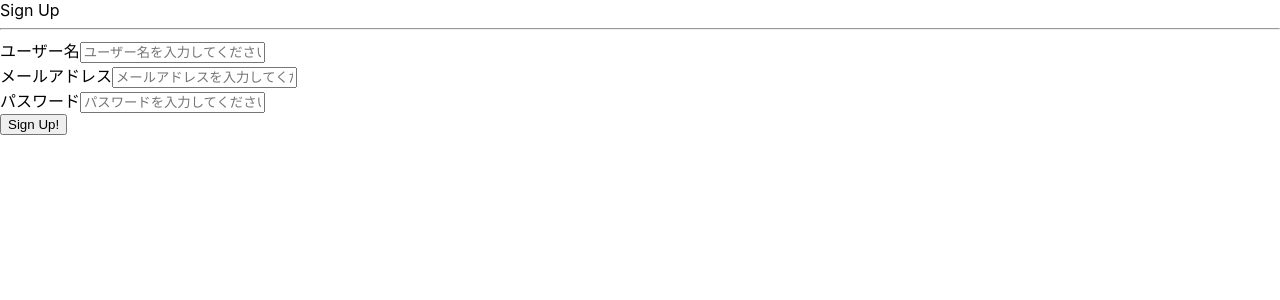
Repository: tosaken1116/Backs-of-seniors-hackathon
Page: /components/SignUpModal
These files come from the project's save history. The page is drawn as it stood at one moment and after the next save; the edit follows.
The browser window is 1280 px wide. The pictures show the whole page.
The project was rebuilt for these pictures with package versions that can differ from the ones it lists, and the page was loaded fresh each time. The framework's server and built-in components were replaced by stand-ins that run in the browser. Also part of the build but not shown: next.config.js.

Above is the page before, as saved 2022-07-17 10:19:37.

### pages/_document.js
import Document, { Head, Html, Main, NextScript } from 'next/document'

class MyDocument extends Document {
  render() {
    return (
      <Html>
        <Head>
          <link
            href="https://fonts.googleapis.com/css2?family=Inter&display=optional"
            rel="stylesheet"
          />
        </Head>
        <body>
          <Main />
          <NextScript />
        </body>
      </Html>
    )
  }
}

export default MyDocument

### pages/components/SignUpModal.tsx
import { useState } from "react";
export default function SignInModal() {
    type loginElement = {
        username: string;
        email: string;
        password: string;
    };
    type register = {
        registeredemail: string;
        registeredpassword: string;
    };

    let initialValues = { username: "", email: "", password: "" };
    const [formValues, setFormValues] = useState<loginElement>(initialValues);
    const [formErrors, setFormErrors] = useState<loginElement>(initialValues);
    // const [isSubmit, setIsSubmit] = useState(false);

    const handleChange = (event) => {
        // console.log(event.target);
        const { name, value } = event.target;
        setFormValues({ ...formValues, [name]: value });
    };

    const handleSubmit = (event) => {
        event.preventDefault();
        //ログイン情報の送信
        //バリデーションチェック
        {
            /*setFormErrors(validate(formValues));
        console.log(formErrors);*/
        }
        // setIsSubmit(true);
    };

    /*const validate = (values) => {
        const errors: loginElement = initialValues;
        if (!values.username) {
            errors.username = "ユーザー名を入力してください";
        }
        if (!values.email) {
            errors.email = "メールアドレスを入力してください";
        }
        if (!values.password) {
            errors.password = "パスワードを入力してください";
        } else if (values.password.length < 4) {
            errors.password =
                "4文字以上15文字以下のパスワードを入力してください";
        } else if (values.password.length > 15) {
            errors.password =
                "4文字以上15文字以下のパスワードを入力してください";
        }
        // console.log(errors);
        return errors;
    };
    };*/

    return (
        <div>
            <div className="flex-initial bg-red-400 text-center ">
                <div>Sign Up</div>
            </div>
            <div className="formcontainer">
                <form onSubmit={(event) => handleSubmit(event)}>
                    <hr />
                    <div className="uiForm">
                        <div className="formField flex-initial text-center">
                            <label>ユーザー名</label>
                            <input
                                type="text"
                                placeholder="ユーザー名を入力してください"
                                name="username"
                                required
                                onChange={(event) => handleChange(event)}
                            />
                            {/* <div>{formErrors.username}</div> */}
                        </div>
                        {/* <p className="errormsg">{formErrors.username}</p> */}
                        <div className="formField flex-initial text-center">
                            <label>メールアドレス</label>
                            <input
                                type="text"
                                placeholder="メールアドレスを入力してください"
                                name="email"
                                required
                                onChange={(event) => handleChange(event)}
                            />
                            {/* <div>{formErrors.email}</div> */}
                        </div>
                        {/* <p className="errormsg">{formErrors.email}</p> */}
                        <div className="formField flex-initial text-center">
                            <label>パスワード</label>
                            <input
                                type="password"
                                placeholder="パスワードを入力してください"
                                name="password"
                                required
                                onChange={(event) => handleChange(event)}
                            />
                        </div>
                        {/* <div>{formErrors.password}</div> */}
                        {/* <p className="errormsg">{formErrors.password}</p> */}
                        <button className="rounded-full" type="submit">
                            Sign Up!
                        </button>
                        {/* {Object.keys isSubmit && ( <div>サインアップ完了</div>)}*/}
                    </div>
                </form>
            </div>
        </div>
    );
}

Loaded but not shown: pages/_app.js (common file); styles/globals.css (common file)

After the next save:
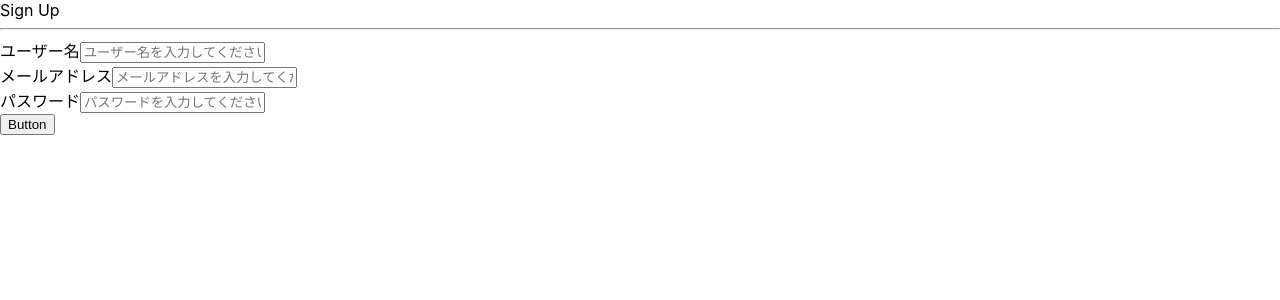
Saved 119 s later.
--- a/pages/components/SignUpModal.tsx
+++ b/pages/components/SignUpModal.tsx
@@ -99,9 +99,11 @@
                         </div>
                         {/* <div>{formErrors.password}</div> */}
                         {/* <p className="errormsg">{formErrors.password}</p> */}
-                        <button className="rounded-full" type="submit">
-                            Sign Up!
-                        </button>
+                        <div class="m-3">
+                            <button class="px-2 py-1 bg-green-400 text-white font-semibold rounded hover:bg-green-500">
+                                Button
+                            </button>
+                        </div>
                         {/* {Object.keys isSubmit && ( <div>サインアップ完了</div>)}*/}
                     </div>
                 </form>

After the 2 saves that followed:
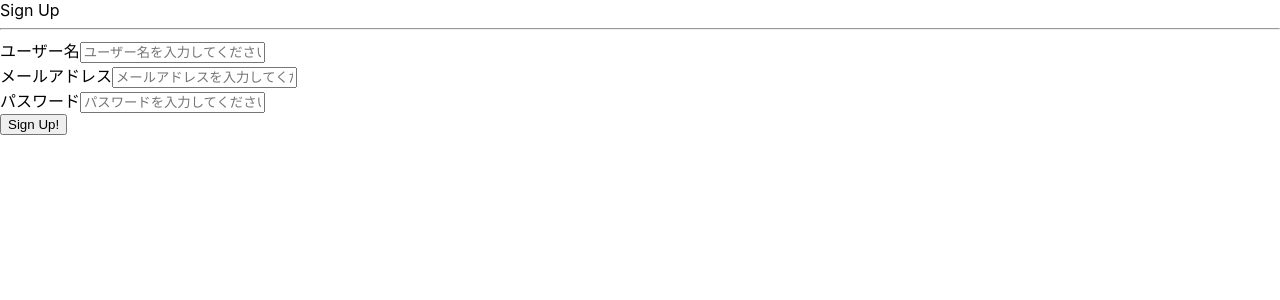
The 2 saves are shown as one change because 1 left the picture as it was.
The last was saved 44 s later.
--- a/pages/components/SignUpModal.tsx
+++ b/pages/components/SignUpModal.tsx
@@ -99,9 +99,9 @@
                         </div>
                         {/* <div>{formErrors.password}</div> */}
                         {/* <p className="errormsg">{formErrors.password}</p> */}
-                        <div class="m-3">
-                            <button class="px-2 py-1 bg-green-400 text-white font-semibold rounded hover:bg-green-500">
-                                Button
+                        <div className="m-3">
+                            <button className="px-2 py-1 bg-green-400 text-white font-semibold rounded hover:bg-green-500">
+                                Sign Up!
                             </button>
                         </div>
                         {/* {Object.keys isSubmit && ( <div>サインアップ完了</div>)}*/}
